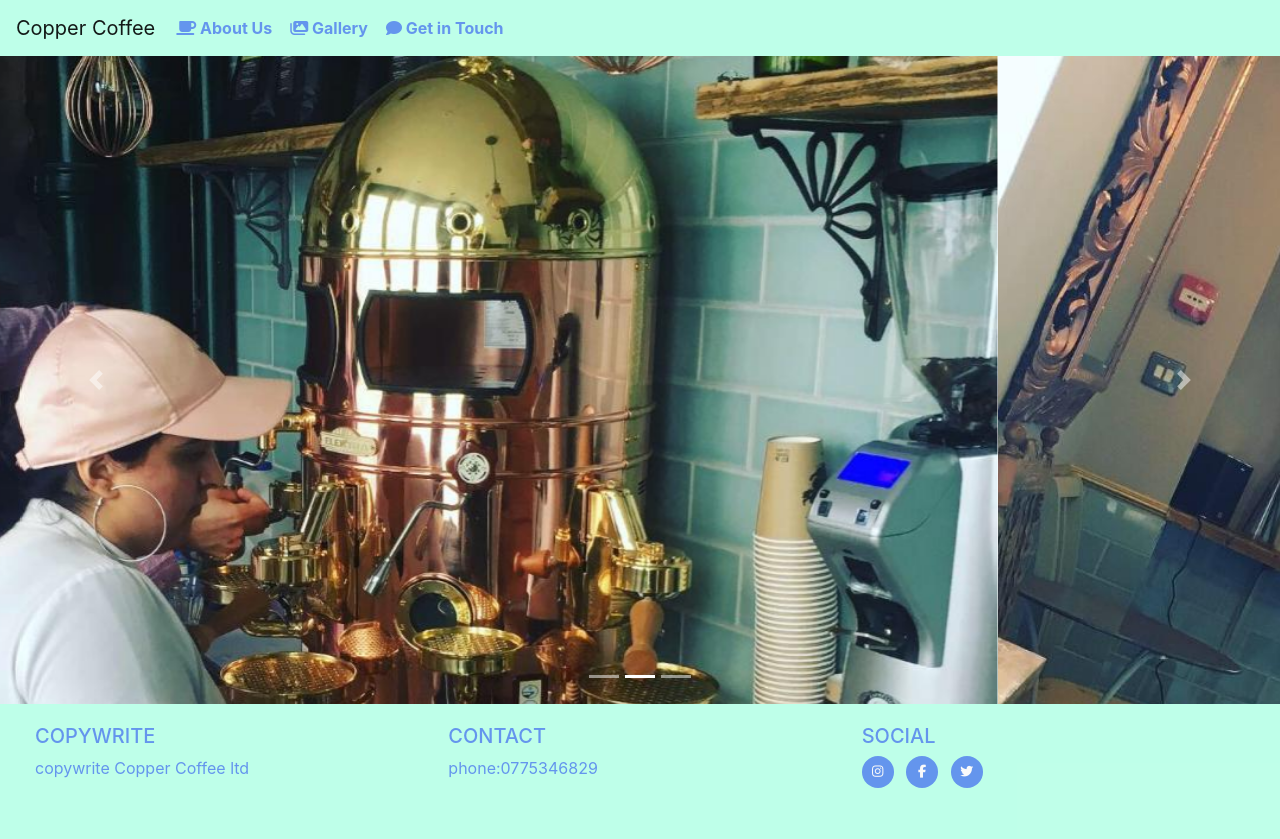
Repository: Matt-F90/milestone
Page: index.html
The author's editor kept a record of every edit. The page is drawn from the files as they stood at one moment, then again after the next edit.
The browser window is 1280 px wide. The pictures show the whole page.
Some web libraries are served in a nearby version.

Above is the page before.
Console error: TypeError: Cannot read properties of undefined (reading 'fn')

### index.html
<!DOCTYPE html>
<html lang="en">

<head>
    <meta charset="UTF-8">
    <meta name="viewport" content="width=device-width, initial-scale=1.0">
    <meta http-equiv="X-UA-Compatible" content="ie=edge">
    <title>Copper Coffee London</title>

    <link rel="stylesheet" href="https://stackpath.bootstrapcdn.com/bootstrap/4.1.3/css/bootstrap.min.css" integrity="sha384-MCw98/SFnGE8fJT3GXwEOngsV7Zt27NXFoaoApmYm81iuXoPkFOJwJ8ERdknLPMO" crossorigin="anonymous">
    <script src="https://stackpath.bootstrapcdn.com/bootstrap/4.1.3/js/bootstrap.min.js" integrity="sha384-ChfqqxuZUCnJSK3+MXmPNIyE6ZbWh2IMqE241rYiqJxyMiZ6OW/JmZQ5stwEULTy" crossorigin="anonymous"></script>
    <script src="https://kit.fontawesome.com/f919e2be21.js" crossorigin="anonymous"></script>
    <link href="https://fonts.googleapis.com/css?family=Noto+Sans:400,700&display=swap" rel="stylesheet">
    <link rel="stylesheet" href="css/style.css" type="text/css" />
</head>

<body>

    <!------------------------------------------------------------------------------------nav--->
<div class="navbar-container">

        <nav class="navbar navbar-light navbar-expand-sm">
            <a href="index.html" class="navbar-brand">Copper Coffee</a>


            <button class="navbar-toggler ml-auto" type="button" data-toggle="collapse" data-target="#navbarNavDropdown" aria-controls="navbarNavDropdown" aria-expanded="false" aria-lable="toggle navigation">
           <span class="navbar-toggler-icon"></span></button>

            <div class="collapse navbar-collapse" id=navbarNavDropdown>
                <ul class="navbar-nav mr-auto">
                    <li class="nav-item mr-2"><a class "nav-link" href="about.html"><i class="fas fa-coffee"></i> About Us</a></li>
                    <li class="nav-item mr-2"><a class "nav-link" href="gallery.html"><i class="fas fa-images"></i> Gallery</a></li>
                    <li class="nav-item mr-2"><a class "nav-link" href="contact.html"><i class="fas fa-comment"></i> Get in Touch</a></li>
                </ul>
            </div>
        </nav>
    </div>

    <!---------------------------------------------------------------------------------------------div--->

<div id="carouselExampleIndicators" class="carousel slide" data-ride="carousel">
  <ol class="carousel-indicators">
    <li data-target="#carouselExampleIndicators" data-slide-to="0" class="active"></li>
    <li data-target="#carouselExampleIndicators" data-slide-to="1"></li>
    <li data-target="#carouselExampleIndicators" data-slide-to="2"></li>
  </ol>
  <div class="carousel-inner">
    <div class="carousel-item active">
      <img class="d-block w-100" src="./assets/images/about.jpg" alt="First slide">
    </div>
    <div class="carousel-item">
      <img class="d-block w-100" src="./assets/images/gallery.jpg" alt="Second slide">
    </div>
    <div class="carousel-item">
      <img class="d-block w-100" src="./assets/images/contact.jpg" alt="Third slide">
    </div>
  </div>
  <a class="carousel-control-prev" href="#carouselExampleIndicators" role="button" data-slide="prev">
    <span class="carousel-control-prev-icon" aria-hidden="true"></span>
    <span class="sr-only">Previous</span>
  </a>
  <a class="carousel-control-next" href="#carouselExampleIndicators" role="button" data-slide="next">
    <span class="carousel-control-next-icon" aria-hidden="true"></span>
    <span class="sr-only">Next</span>
  </a>
</div>

<!----------------------------------------------------------------footer------------>

<footer class="container-fluid">
    <div id="footer-details" class="row">
        <div class="col-sm-4">
          <h5 class="gernal-sub uppercase">copywrite</h5>
          <p class="inline-block">
              copywrite Copper Coffee ltd
          </p>
        </div>
        <div class="col-sm-4">
            <h5 class="gernal-sub uppercase">contact</h5>
            <p class="inline-block">
                phone:0775346829
            </p>
        </div>
        <div class="col-sm-4">
            <h5 class="gernal-sub uppercase">social</h5>
            <ul class="list-inline social-links">
                <li class="list-inline-item">
                    <a target="_blank" href="#">
                        <i class="fab fa-instagram" aria-hidden="true"></i></a>
                        <span class="sr-only">instagram</span>
                </li>
                <li class="list-inline-item">
                    <a target="_blank" href="#">
                        <i class="fab fa-facebook-f" aria-hidden="true"></i></a>
                        <span class="sr-only">facebook</span>
                </li>
                <li class="list-inline-item">
                    <a target="_blank" href="#">
                        <i class="fab fa-twitter" aria-hidden="true"></i></a>
                        <span class="sr-only">twitter</span>
                </li>
            </ul>
        </div>
    </div>

</footer>

    <script src="https://code.jquery.com/jquery-3.3.1.slim.min.js" integrity="sha384-q8i/X+965DzO0rT7abK41JStQIAqVgRVzpbzo5smXKp4YfRvH+8abtTE1Pi6jizo" crossorigin="anonymous"></script>
    <script src="https://cdnjs.cloudflare.com/ajax/libs/popper.js/1.14.3/umd/popper.min.js" integrity="sha384-ZMP7rVo3mIykV+2+9J3UJ46jBk0WLaUAdn689aCwoqbBJiSnjAK/l8WvCWPIPm49" crossorigin="anonymous"></script>
    <script src="https://stackpath.bootstrapcdn.com/bootstrap/4.1.3/js/bootstrap.min.js" integrity="sha384-ChfqqxuZUCnJSK3+MXmPNIyE6ZbWh2IMqE241rYiqJxyMiZ6OW/JmZQ5stwEULTy" crossorigin="anonymous"></script>
</body>

</html>

### css/style.css
/*----navbar....*/

.navbar-contaner {
    position: absolute;
    top: 0;
    left: 0;
    padding-left: 0;
    padding-right: 0;
}

.navbar {
    margin-bottom: 0;
    border: 0;
    width: 100%;
    background-color: rgba(127, 255, 212, 0.5);
}

.navbar .navbar-toggler {
    border: 0;
}

.navbar .navbar-nav a {
    font-weight: 700;
    color: #6495ED;
    padding: 5px;
}

.navbar .navbar-nav a:hover {
    color: rgb(0, 0, 255);
    transition: 1s
}

.nav_fix{
    position: fixed;
    z-index: 100;
    width: 100%;
    background-color: #bfffea;
}

/*----index....*/

.imgheight {
   height: auto;
   width: 100%;
}

.carousel-inner {
    height: 90vh;
}

.carousel-item {
  height:90vh;
}

.carousel-container{
    padding:0;
}

.carousel-caption{
    text-shadow: 2px 2px 2px rgba(0,0,0,0.5);
}

/*----special padding, margins text....*/

h1,
h2,
h3,
h4 {
    margin: 0;
}

.uppercase {
    text-transform: uppercase;
}

.general-sub {
    font-family: 'Noto Sans', sans-serif;
    font-weight: 300;
    color: black;
    padding: 10px;
    text-align: center;
}

.inline-block {
    display: inline-block;
}

.background-container {
    background: url("../assets/images/backgroundimg.jpg");
    height:100%;
    width: 100%;
    margin: 0;
    padding: 15px;
    background-size: cover;
   -webkit-background-size: cover;
    -moz-background-size: cover;
    -o-background-size: cover;
}

/*----About....*/

.staff-container {
  padding: 5px;
  padding-bottom: 10px;
}

.flip-card {
  background-color: transparent;
  width: 300px;
  height: 300px;
  border: 0px solid #f1f1f1;
  margin: auto;
  perspective: 1000px;
}

  .flip-card-inner {
  position: relative;
  width: 100%;
  height: 100%;
  text-align: center;
  transition: transform 0.8s;
  transform-style: preserve-3d;
  }

  .flip-card:hover .flip-card-inner {
  transform: rotateY(180deg);
  }

  .flip-card-front, .flip-card-back {
  position: absolute;
  width: 100%;
  height: 100%;
  backface-visibility: hidden;
  }

  .flip-card-front {
  background-color: #bbb;
  color: black;
}

.flip-card-back {
  background-color: dodgerblue;
  color: white;
  transform: rotateY(180deg);
}

/*----footer....*/

footer {
    background-color: rgba(127, 255, 212, 0.5);
    color: #6495ED;
    min-height: 120px;
    margin: 0;
    width: 100%
}

.social-links {
    padding-bottom: 15px;
}

.social-links li a i {
    width: 32px;
    height: 32px;
    padding: 12px 0;
    border-radius: 50%;
    font-size: 13px;
    line-height: 7px;
    text-align: center;
    color: #fafafa;
    background-color: #6495ED;
    -moz-transition: all 0.35s ease-in-out;
    -webkit-transition: all 0.35s ease-in-out;
    -o-transition: all 0.35s ease-in-out;
}

.social-links li a i:hover {
    width: 32px;
    height: 32px;
    padding: 12px 0;
    border-radius: 50%;
    font-size: 13px;
    line-height: 7px;
    text-align: center;
    color: #fafafa;
    background-color: rgb(0, 0, 255);
    -moz-transition: all 0.35s ease-in-out;
    -webkit-transition: all 0.35s ease-in-out;
    -o-transition: all 0.35s ease-in-out;
}

#footer-details {
    padding: 20px;
}

.middle{
    text-align: center;
}


/*----contact/form....*/


.center-form {
    padding-top: 10px;
    margin: 0 auto;
    max-width: 70%;
}

button[type="submit"] {
    margin-top: 15px;
    margin-bottom: 20px;
    color: #fafafa;
}

iframe {
    width: 100% !important;
    padding-bottom: 10px;
}

.opening-times {
    text-align: center
}

/*----mobile css....*/
@media only screen and (max-width: 800px) {


.imgheight {
    height: 100%;
    width: 100%;
    position: absolute;
    object-fit: cover;
  }



}

After the next edit:
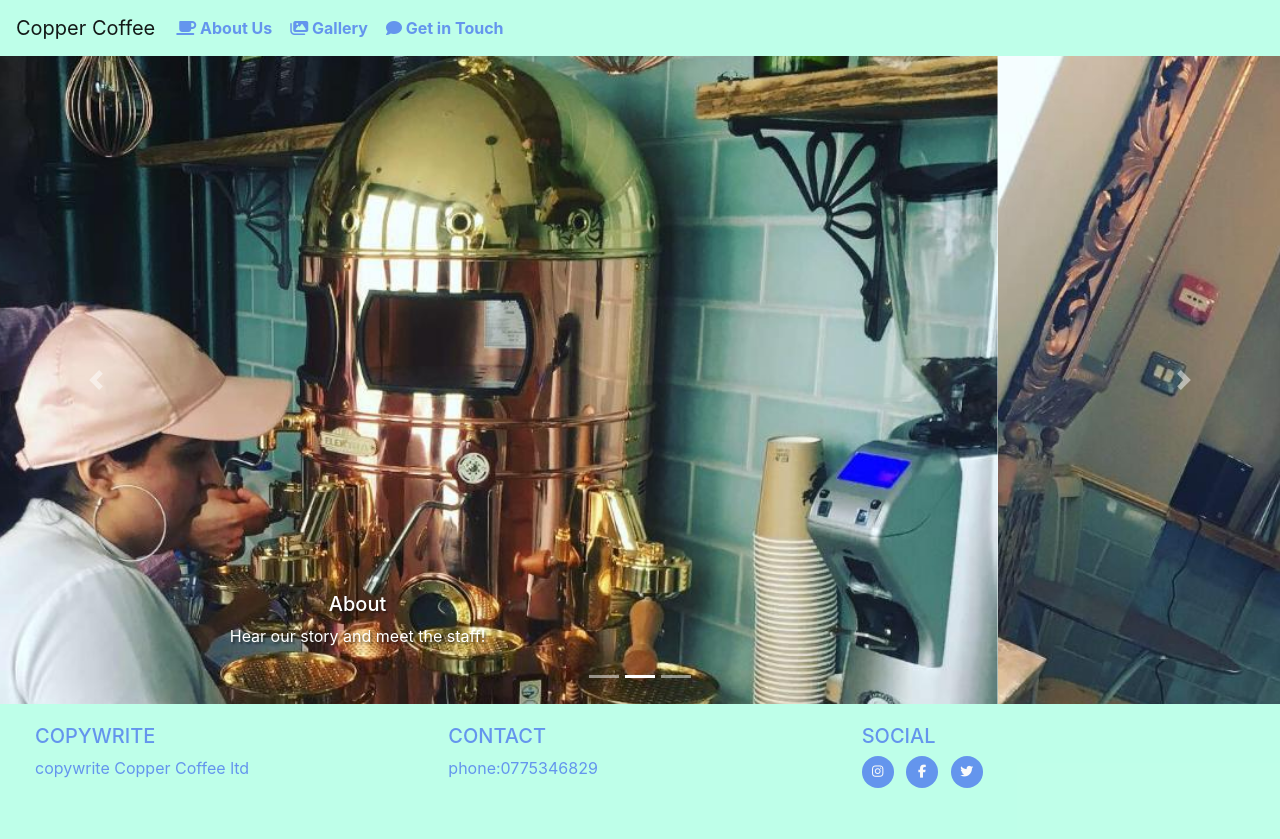
The edit:
--- a/index.html
+++ b/index.html
@@ -17,7 +17,7 @@
 <body>
 
     <!------------------------------------------------------------------------------------nav--->
-<div class="navbar-container">
+    <div class="navbar-container">
 
         <nav class="navbar navbar-light navbar-expand-sm">
             <a href="index.html" class="navbar-brand">Copper Coffee</a>
@@ -38,72 +38,76 @@
 
     <!---------------------------------------------------------------------------------------------div--->
 
-<div id="carouselExampleIndicators" class="carousel slide" data-ride="carousel">
-  <ol class="carousel-indicators">
-    <li data-target="#carouselExampleIndicators" data-slide-to="0" class="active"></li>
-    <li data-target="#carouselExampleIndicators" data-slide-to="1"></li>
-    <li data-target="#carouselExampleIndicators" data-slide-to="2"></li>
-  </ol>
-  <div class="carousel-inner">
-    <div class="carousel-item active">
-      <img class="d-block w-100" src="./assets/images/about.jpg" alt="First slide">
-    </div>
-    <div class="carousel-item">
-      <img class="d-block w-100" src="./assets/images/gallery.jpg" alt="Second slide">
-    </div>
-    <div class="carousel-item">
-      <img class="d-block w-100" src="./assets/images/contact.jpg" alt="Third slide">
-    </div>
-  </div>
-  <a class="carousel-control-prev" href="#carouselExampleIndicators" role="button" data-slide="prev">
+    <div id="carouselExampleIndicators" class="carousel slide" data-ride="carousel">
+        <ol class="carousel-indicators">
+            <li data-target="#carouselExampleIndicators" data-slide-to="0" class="active"></li>
+            <li data-target="#carouselExampleIndicators" data-slide-to="1"></li>
+            <li data-target="#carouselExampleIndicators" data-slide-to="2"></li>
+        </ol>
+        <div class="carousel-inner">
+            <div class="carousel-item active">
+                <img class="d-block w-100" src="./assets/images/about.jpg" alt="First slide">
+                <div class="carousel-caption">
+                    <h5>About</h5>
+                    <p>Hear our story and meet the staff!</p>
+                </div>
+            </div>
+            <div class="carousel-item">
+                <img class="d-block w-100" src="./assets/images/gallery.jpg" alt="Second slide">
+            </div>
+            <div class="carousel-item">
+                <img class="d-block w-100" src="./assets/images/contact.jpg" alt="Third slide">
+            </div>
+        </div>
+        <a class="carousel-control-prev" href="#carouselExampleIndicators" role="button" data-slide="prev">
     <span class="carousel-control-prev-icon" aria-hidden="true"></span>
     <span class="sr-only">Previous</span>
   </a>
-  <a class="carousel-control-next" href="#carouselExampleIndicators" role="button" data-slide="next">
+        <a class="carousel-control-next" href="#carouselExampleIndicators" role="button" data-slide="next">
     <span class="carousel-control-next-icon" aria-hidden="true"></span>
     <span class="sr-only">Next</span>
   </a>
-</div>
+    </div>
 
-<!----------------------------------------------------------------footer------------>
+    <!----------------------------------------------------------------footer------------>
 
-<footer class="container-fluid">
-    <div id="footer-details" class="row">
-        <div class="col-sm-4">
-          <h5 class="gernal-sub uppercase">copywrite</h5>
-          <p class="inline-block">
-              copywrite Copper Coffee ltd
-          </p>
-        </div>
-        <div class="col-sm-4">
-            <h5 class="gernal-sub uppercase">contact</h5>
-            <p class="inline-block">
-                phone:0775346829
-            </p>
-        </div>
-        <div class="col-sm-4">
-            <h5 class="gernal-sub uppercase">social</h5>
-            <ul class="list-inline social-links">
-                <li class="list-inline-item">
-                    <a target="_blank" href="#">
+    <footer class="container-fluid">
+        <div id="footer-details" class="row">
+            <div class="col-sm-4">
+                <h5 class="gernal-sub uppercase">copywrite</h5>
+                <p class="inline-block">
+                    copywrite Copper Coffee ltd
+                </p>
+            </div>
+            <div class="col-sm-4">
+                <h5 class="gernal-sub uppercase">contact</h5>
+                <p class="inline-block">
+                    phone:0775346829
+                </p>
+            </div>
+            <div class="col-sm-4">
+                <h5 class="gernal-sub uppercase">social</h5>
+                <ul class="list-inline social-links">
+                    <li class="list-inline-item">
+                        <a target="_blank" href="#">
                         <i class="fab fa-instagram" aria-hidden="true"></i></a>
                         <span class="sr-only">instagram</span>
-                </li>
-                <li class="list-inline-item">
-                    <a target="_blank" href="#">
+                    </li>
+                    <li class="list-inline-item">
+                        <a target="_blank" href="#">
                         <i class="fab fa-facebook-f" aria-hidden="true"></i></a>
                         <span class="sr-only">facebook</span>
-                </li>
-                <li class="list-inline-item">
-                    <a target="_blank" href="#">
+                    </li>
+                    <li class="list-inline-item">
+                        <a target="_blank" href="#">
                         <i class="fab fa-twitter" aria-hidden="true"></i></a>
                         <span class="sr-only">twitter</span>
-                </li>
-            </ul>
+                    </li>
+                </ul>
+            </div>
         </div>
-    </div>
 
-</footer>
+    </footer>
 
     <script src="https://code.jquery.com/jquery-3.3.1.slim.min.js" integrity="sha384-q8i/X+965DzO0rT7abK41JStQIAqVgRVzpbzo5smXKp4YfRvH+8abtTE1Pi6jizo" crossorigin="anonymous"></script>
     <script src="https://cdnjs.cloudflare.com/ajax/libs/popper.js/1.14.3/umd/popper.min.js" integrity="sha384-ZMP7rVo3mIykV+2+9J3UJ46jBk0WLaUAdn689aCwoqbBJiSnjAK/l8WvCWPIPm49" crossorigin="anonymous"></script>
